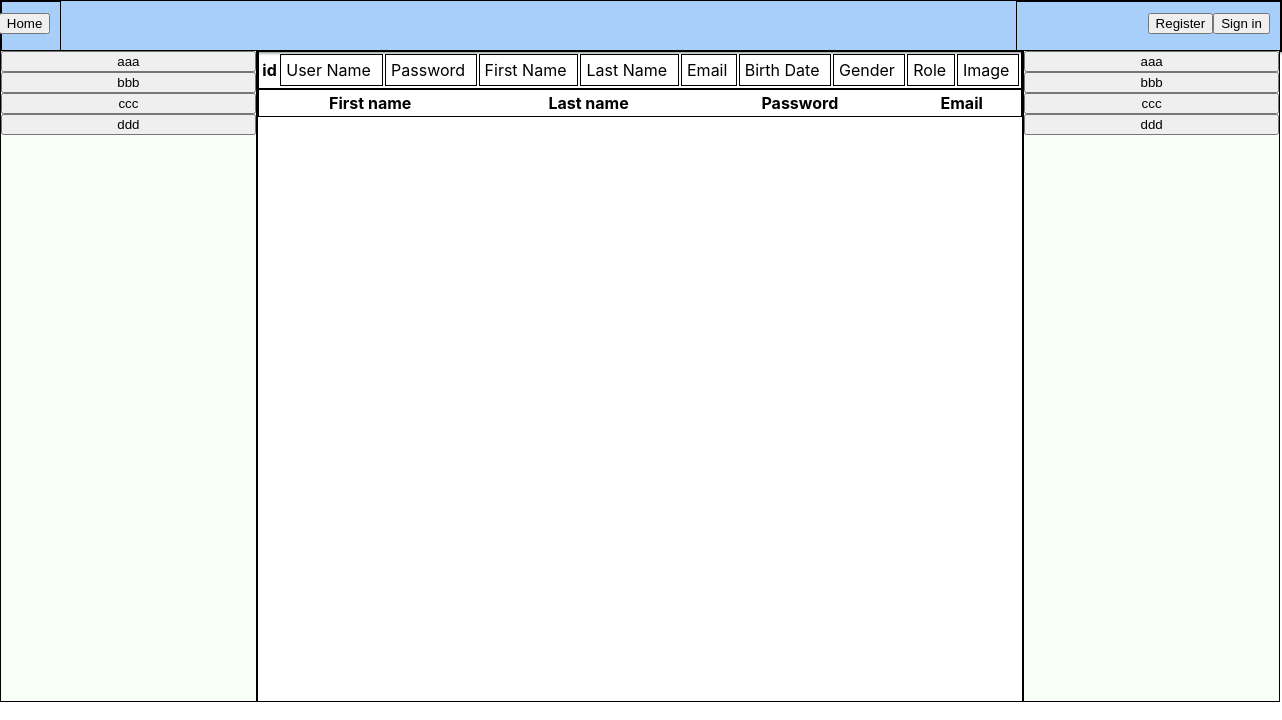
Repository: MichaelSodovski/website-client
Page: /users
An editor plug-in stored every save of this project. The page is shown before and after a run of saves, followed by the edit.
The browser window is 1280 px wide. The page is 1282 px wide, so the pictures cover 1282 px, including what lies to the right of the window. The pictures show the whole page.
The page's requests for data from a server got no answer. The project was rebuilt for these pictures with package versions that can differ from the ones it lists, and the page was loaded fresh each time. No one was signed in, and anything a server would have sent is missing. Also part of the build but not shown: src/components/home/home.component.jsx, src/components/register/register.component.css, src/components/payment-info/payment.component.css, src/components/payment-info/payment.component.js, src/components/register/register.component.jsx, src/components/signIn/signIn.component.css, src/components/signIn/signIn.component.jsx.

Above is the page before, as saved 2022-05-14 22:32:26.

After the next 2 saves:
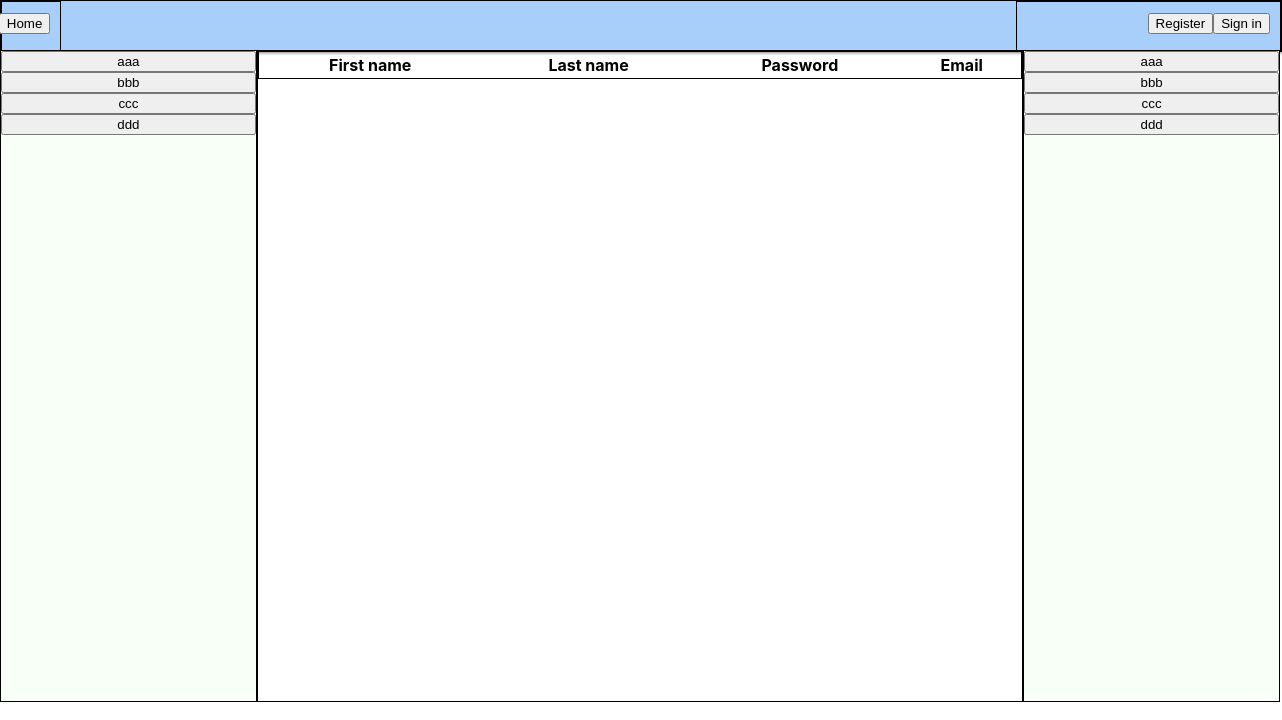
The 2 saves are shown as one change because they came seconds apart.
The last was saved 6 s later.
--- a/src/components/users/users.component.jsx
+++ b/src/components/users/users.component.jsx
@@ -18,41 +18,6 @@
 
     return (
         <div>
-            <table className="table-users">
-                <tr className="table-users-tr">
-                    <th>
-                        id
-                    </th>
-                    <td>
-                        User Name
-                    </td>
-                    <td>
-                        Password
-                    </td>
-                    <td>
-                        First Name
-                    </td>
-                    <td>
-                        Last Name
-                    </td>
-                    <td>
-                        Email
-                    </td>
-                    <td>
-                        Birth Date
-                    </td>
-                    <td>
-                        Gender
-                    </td>
-                    <td>
-                        Role
-                    </td>
-                    <td>
-                        Image
-                    </td>
-                </tr>
-            </table>
-
             <table className="table-users">
                 <thead>
                     <tr className="table-users-tr">

After the save that followed:
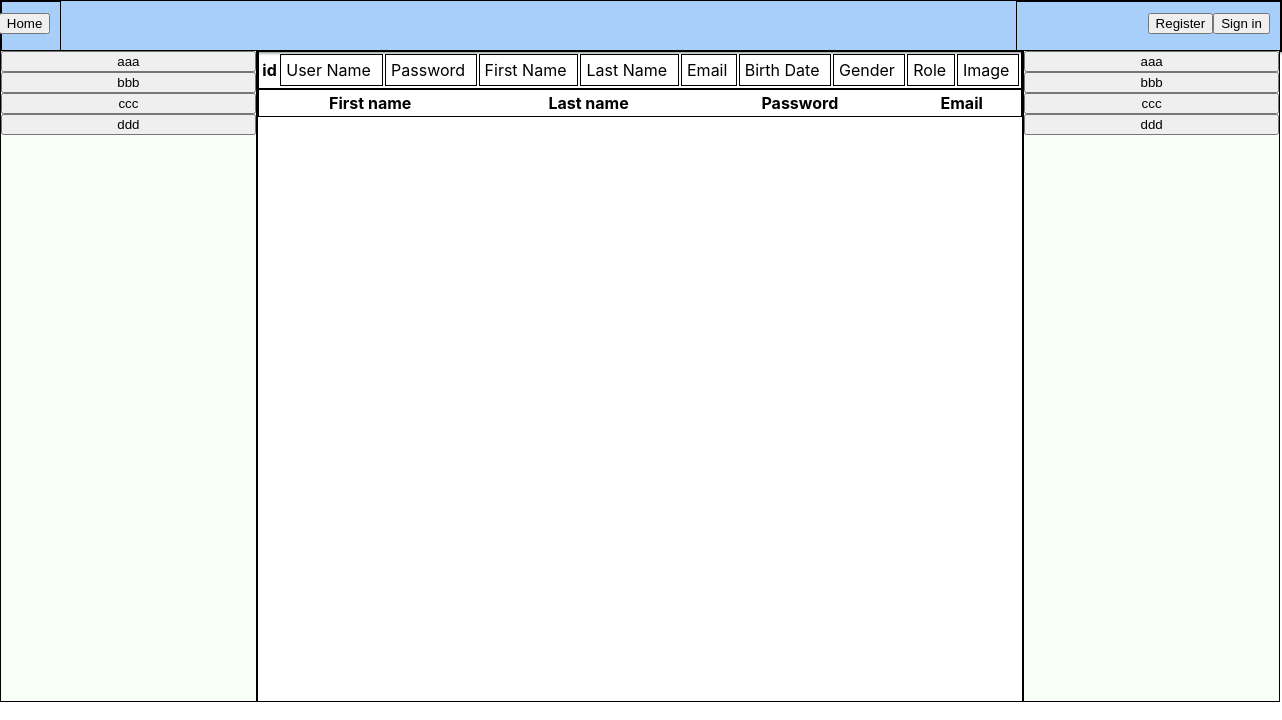
Saved 11 s later.
--- a/src/components/users/users.component.jsx
+++ b/src/components/users/users.component.jsx
@@ -18,6 +18,41 @@
 
     return (
         <div>
+            <table className="table-users">
+                <tr className="table-users-tr">
+                    <th>
+                        id
+                    </th>
+                    <td>
+                        User Name
+                    </td>
+                    <td>
+                        Password
+                    </td>
+                    <td>
+                        First Name
+                    </td>
+                    <td>
+                        Last Name
+                    </td>
+                    <td>
+                        Email
+                    </td>
+                    <td>
+                        Birth Date
+                    </td>
+                    <td>
+                        Gender
+                    </td>
+                    <td>
+                        Role
+                    </td>
+                    <td>
+                        Image
+                    </td>
+                </tr>
+            </table>
+
             <table className="table-users">
                 <thead>
                     <tr className="table-users-tr">
